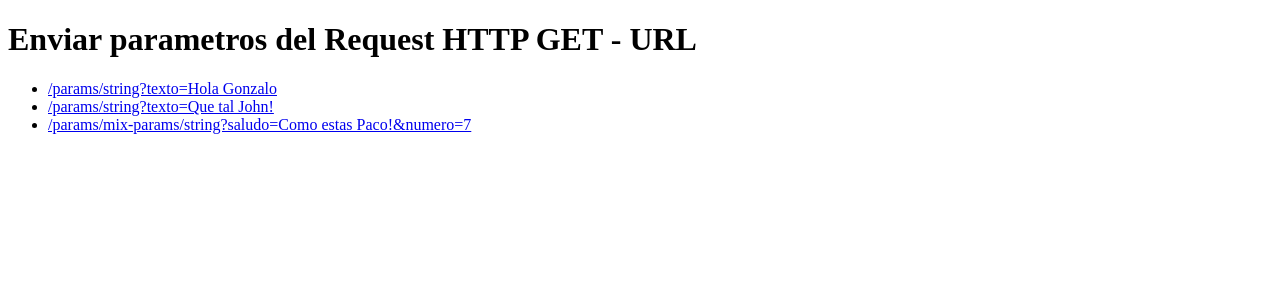
Repository: ChocoCoding/spring-boot-inventario
Page: http://localhost/params/index
An editor plug-in stored every save of this project. The page is shown before and after the next save, followed by the edit.
The browser window is 1280 px wide. The pictures show the whole page.
The page is this project's Thymeleaf template; nobody is signed in. The template is opened directly, without the code that normally fills it, so the values that code supplies are empty.

Above is the page before, as saved 2023-06-12 13:21:47.

### spring-boot-web/src/main/resources/templates/params/index.html
<!DOCTYPE html>
<html xmlns:th="http://www.thymeleaf.org">
<head>
<meta charset="UTF-8"/>
<title>Enviar parametros del Request HTTP GET - URL</title>
</head>
<body>
<h1>Enviar parametros del Request HTTP GET - URL</h1>
<ul>
<li>
<a th:href="@{/params/string(texto='Hola Gonzalo')}">/params/string?texto=Hola Gonzalo</a>
</li>
<li>
<a th:href="@{/params/string(texto='Que tal John!')}">/params/string?texto=Que tal John!</a>
</li>
<li>
<a th:href="@{/params/mix-params(saludo='Como estas Paco!',numero=7)}">/params/mix-params/string?saludo=Como estas Paco!&numero=7</a>
</li>
</ul>
</body>
</html>

After the next save:
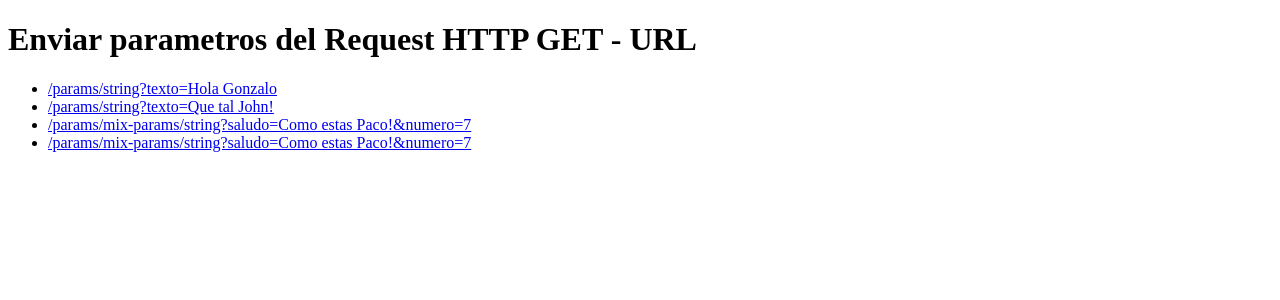
Saved 34 s later.
--- a/spring-boot-web/src/main/resources/templates/params/index.html
+++ b/spring-boot-web/src/main/resources/templates/params/index.html
@@ -16,6 +16,9 @@
 <li>
 <a th:href="@{/params/mix-params(saludo='Como estas Paco!',numero=7)}">/params/mix-params/string?saludo=Como estas Paco!&numero=7</a>
 </li>
+<li>
+<a th:href="@{/params/mix-params-request(saludo='Como estas Paco!',numero=7)}">/params/mix-params/string?saludo=Como estas Paco!&numero=7</a>
+</li>
 </ul>
 </body>
 </html>
